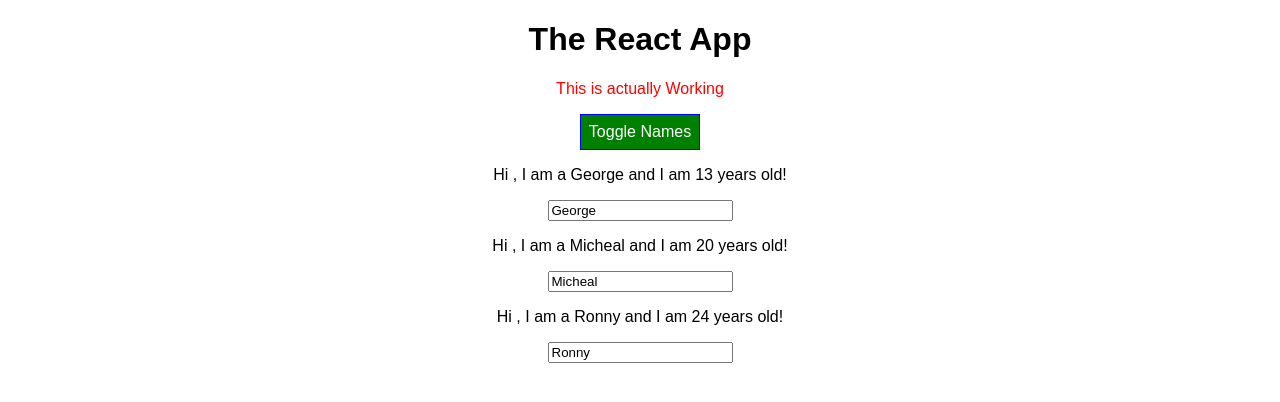
Repository: PiyushRajmsit/React-Basic-App
Page: /
The author's editor kept a copy of each file at every save. The page is drawn from the files as they stood at one save, then again after the next save.
The browser window is 1280 px wide. The pictures show the whole page.
The project was rebuilt for these pictures with package versions that can differ from the ones it lists, and the page was loaded fresh each time. Also part of the build but not shown: src/Person/Person.css.

Above is the page before, as saved 2020-05-31 15:10:59.

After the next save:
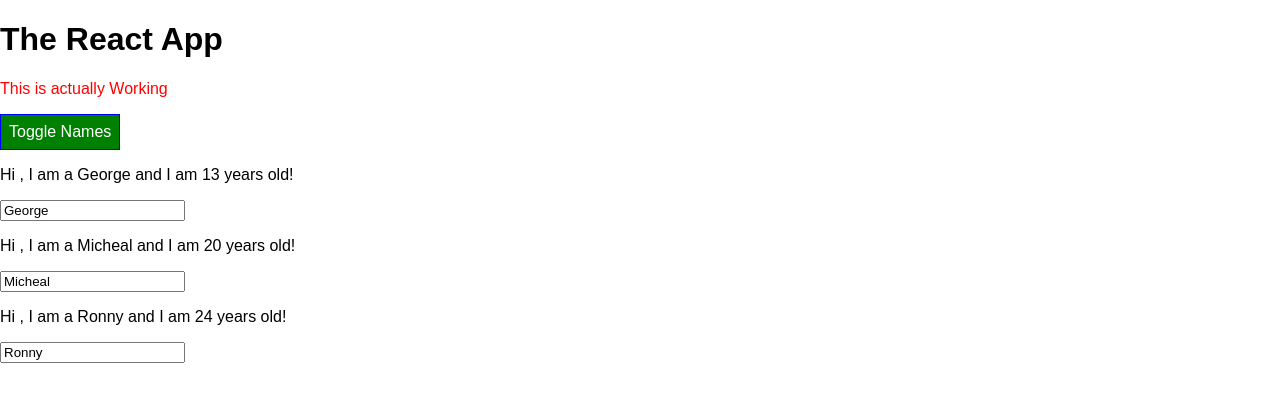
Saved 74 s later.
--- a/src/App.js
+++ b/src/App.js
@@ -1,7 +1,7 @@
 import React, { Component } from 'react';
 import Person from './Person/Person.js';
 import Radium from 'radium';
-import './App.css';
+import Styles from './App.css';
 
 class App extends Component {
   state = {
@@ -88,7 +88,7 @@ class App extends Component {
 
     }
     return(
-      <div className="App">
+      <div className={Styles.App}>
         <h1> The React App</h1>
         <p className={classes.join(' ')}> This is actually Working</p>
         <button className='Button' onClick={this.togglePersonHandler}> Toggle Names </button>
